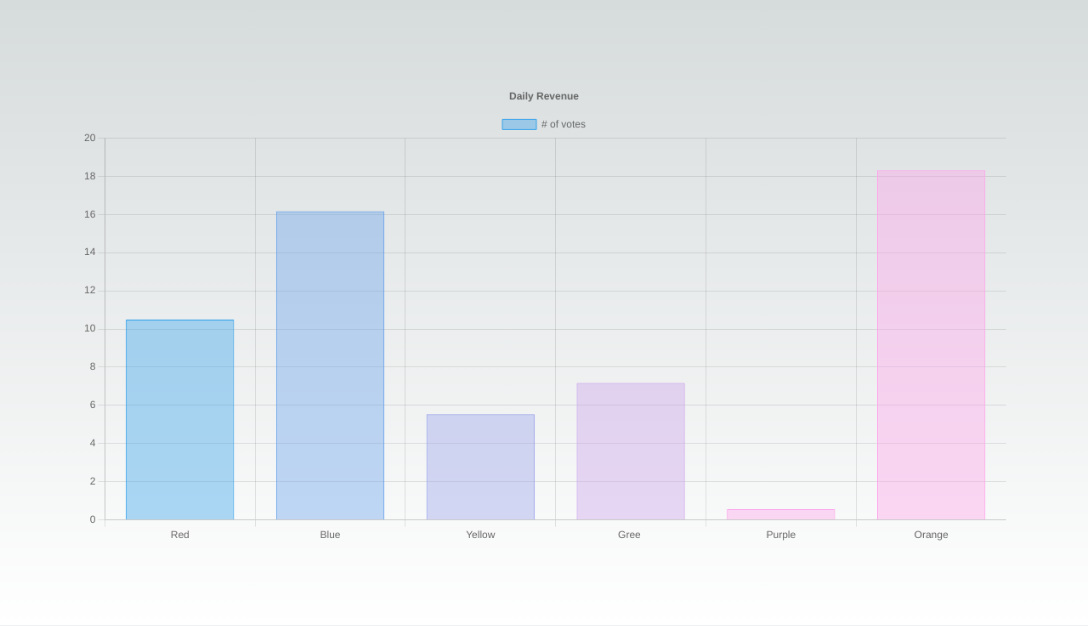
Repository: klee616/exercise-5
Page: /
The author's editor kept a copy of each file at every save. The page is drawn from the files as they stood at one save, then again after a run of saves.
The browser window is 1280 px wide. The pictures show the whole page, at 85% of full size.
The project was rebuilt for these pictures with package versions that can differ from the ones it lists, and the page was loaded fresh each time. The framework's server and built-in components were replaced by stand-ins that run in the browser. Also part of the build but not shown: next.config.mjs, components/VerticalChart/index.js, components/HorizontalChart/index.js.

Above is the page before, as saved 2024-04-15 10:44:02.

### pages/index.js
import Head from "next/head";
import styles from "@/styles/Home.module.css";
import VerticalChart from "@/components/VerticalChart";
import HorizontalChart from "@/components/HorizontalChart";
import PieChart from '@/components/PieChart';


export default function Home() {
  return (
    <>
      <Head>
        <title>Create Next App</title>
        <meta name="description" content="Generated by create next app" />
        <meta name="viewport" content="width=device-width, initial-scale=1" />
        <link rel="icon" href="/favicon.ico" />
      </Head>
      <main className={`${styles.main}`}>
        <PieChart />
      </main>
    </>
  );
}

### components/PieChart/index.js
import styles from './PieChart.module.css'
import { Bar } from 'react-chartjs-2'
import { Chart as ChartJs, CategoryScale, ArcElement, Tooltip, Legend } from 'chart.js'
import { useEffect, useState } from 'react'

ChartJs.register(
    CategoryScale, ArcElement, Tooltip, Legend
)

export default function PieChart() {
    const [chartData, setChartDate] = useState({
        datasets: []
    })
    const [chartOptions, setChartOptions] = useState({});

    useEffect(() => {
        setChartDate({
            labels: ["Red", "Blue", "Yellow", "Gree ", "Purple", "Orange"],
            datasets: [{
                label: '# of votes',
                data: [Math.random() * 20, Math.random() * 20, Math.random() * 20, Math.random() * 20, Math.random() * 20, Math.random() * 20],
                borderColor:[
                    'rgb(53, 162, 235)',
                    'rgb(103, 162, 235)',
                    'rgb(153, 162, 235)',
                    'rgb(203, 162, 235)',
                    'rgb(253, 162, 235)',
                    'rgb(303, 162, 235)',

                ],
                backgroundColor:
                [
                    'rgba(53, 162, 235, 0.4)',
                    'rgba(103, 162, 235, 0.4)',
                    'rgba(153, 162, 235, 0.4)',
                    'rgba(203, 162, 235, 0.4)',
                    'rgba(253, 162, 235, 0.4)',
                    'rgba(303, 162, 235, 0.4)',
                ],
                borderWidth: 1
            }]
        });

        setChartOptions({
            plugins: {
                legend: {
                    position: 'top'
                },
                title: {
                    display: true,
                    text: "Daily Revenue"
                }
            },
            maintainAspectRatio: false,
            responsive: true
        })
    }, []);

    return (<>
    <Bar data={chartData} options={chartOptions} style={{width:'500px', height: '300px'}} />
    </>)

}

Loaded but not shown: pages/_app.js (common file); pages/_document.js (common file); styles/globals.css (common file); styles/Home.module.css (common file); components/HorizontalChart/HorizontalChart.module.css (no stored copy; drawn as an empty file); components/PieChart/PieChart.module.css (no stored copy; drawn as an empty file); components/VerticalChart/VerticalChart.module.css (no stored copy; drawn as an empty file)

After the next 2 saves:
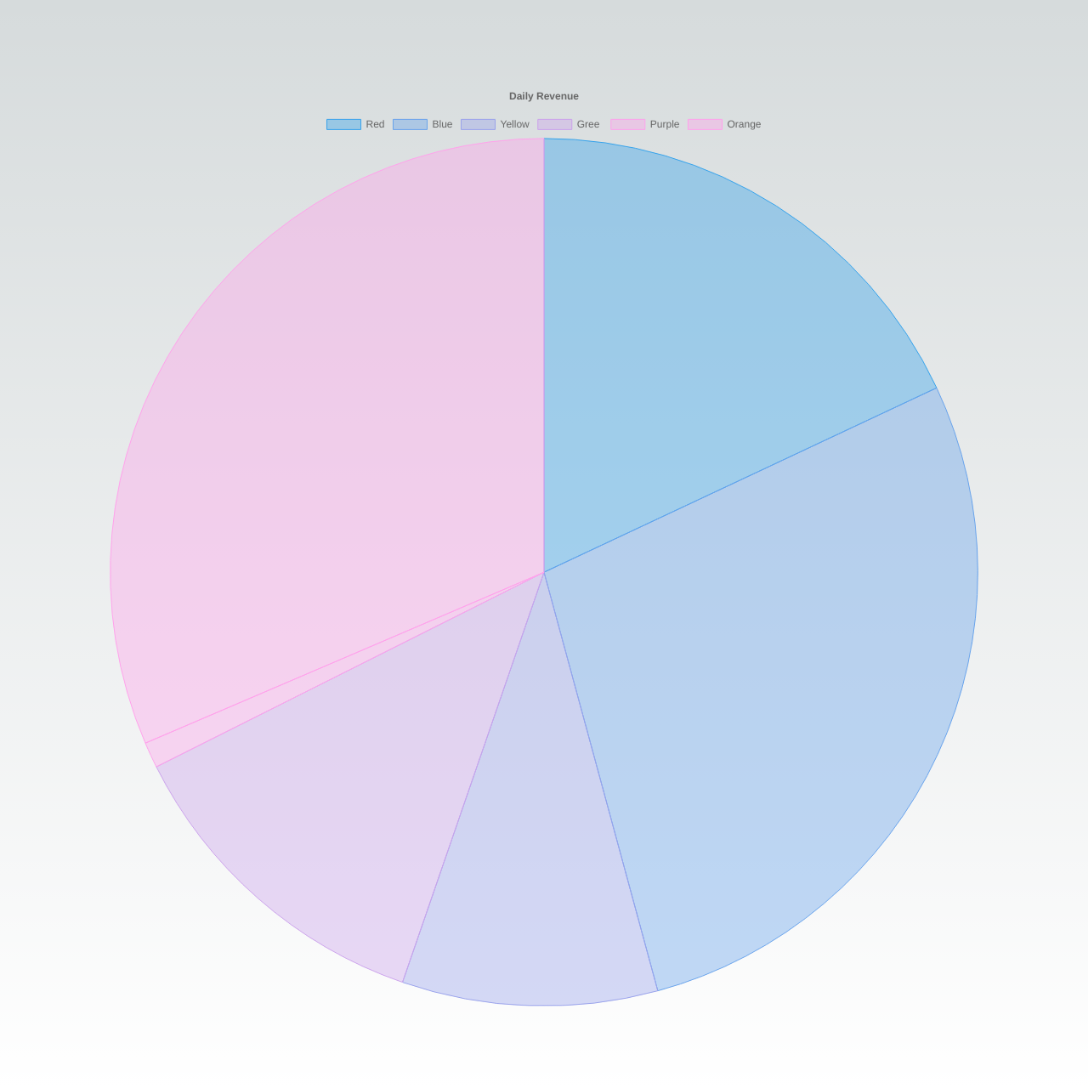
The 2 saves are shown as one change because 1 did not build or start.
The last was saved 40 s later.
--- a/components/PieChart/index.js
+++ b/components/PieChart/index.js
@@ -1,5 +1,5 @@
 import styles from './PieChart.module.css'
-import { Bar } from 'react-chartjs-2'
+import { Pie } from 'react-chartjs-2'
 import { Chart as ChartJs, CategoryScale, ArcElement, Tooltip, Legend } from 'chart.js'
 import { useEffect, useState } from 'react'
 
@@ -57,7 +57,7 @@ export default function PieChart() {
     }, []);
 
     return (<>
-    <Bar data={chartData} options={chartOptions} style={{width:'500px', height: '300px'}} />
+    <Pie data={chartData} options={chartOptions} style={{width:'500px', height: '300px'}} />
     </>)
 
 }
